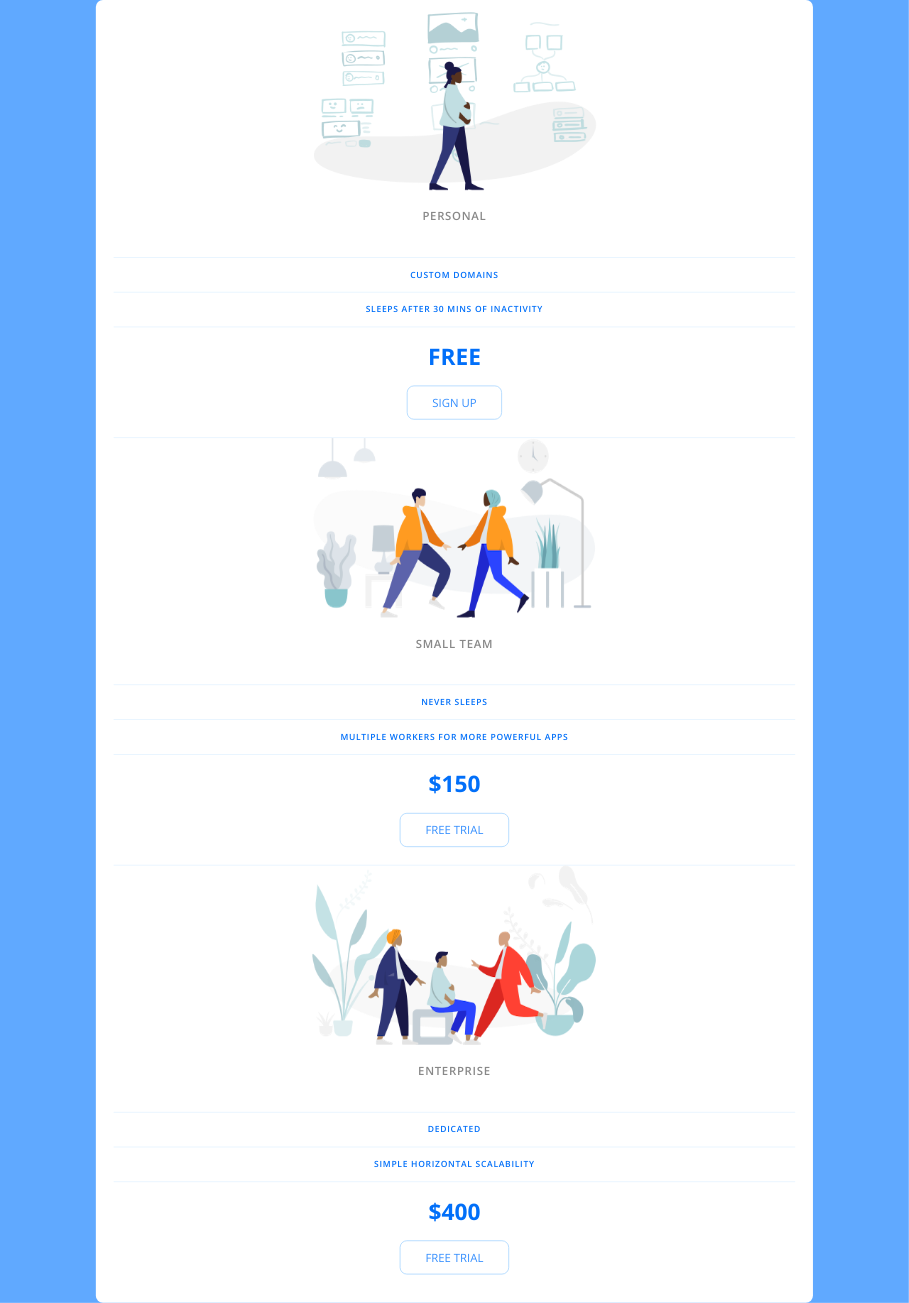
Repository: patrik-fredlund/pricing_panel_udemy
Page: PriceTableStarter/index.html
The author's editor kept a copy of each file at every save. The page is drawn from the files as they stood at one save, then again after the next save.
The browser window is 1280 px wide. The pictures show the whole page, at 71% of full size.
The pointer rests on the first visible `.pricing-button`.

Above is the page before, as saved 2021-06-27 13:53:21.

### PriceTableStarter/index.html
<!DOCTYPE html>
<html lang="en">

<head>
    <meta charset="UTF-8">
    <meta name="viewport" content="width=device-width, initial-scale=1.0">
    <title>Price Tiers</title>
    <link rel="stylesheet" href="https://fonts.googleapis.com/css?family=Open+Sans:400,600,700">
    <link rel="stylesheet" href="app.css">
</head>

<body>
    <div class="panel pricing-table">

        <div class="pricing-plan">
            <img src="icons/icon1.png" alt="" class="pricing-img">
            <h2 class="pricing-header">Personal</h2>
            <ul class="pricing-features">
                <li class="pricing-features-item">Custom domains</li>
                <li class="pricing-features-item">Sleeps after 30 mins of inactivity</li>
            </ul>
            <span class="pricing-price">Free</span>
            <a href="#/" class="pricing-button">Sign up</a>
        </div>

        <div class="pricing-plan">
            <img src="icons/icon2.png" alt="" class="pricing-img">
            <h2 class="pricing-header">Small team</h2>
            <ul class="pricing-features">
                <li class="pricing-features-item">Never sleeps</li>
                <li class="pricing-features-item">Multiple workers for more powerful apps</li>
            </ul>
            <span class="pricing-price">$150</span>
            <a href="#/" class="pricing-button is-featured">Free trial</a>
        </div>

        <div class="pricing-plan">
            <img src="icons/icon3.png" alt="" class="pricing-img">
            <h2 class="pricing-header">Enterprise</h2>
            <ul class="pricing-features">
                <li class="pricing-features-item">Dedicated</li>
                <li class="pricing-features-item">Simple horizontal scalability</li>
            </ul>
            <span class="pricing-price">$400</span>
            <a href="#/" class="pricing-button">Free trial</a>
        </div>

    </div>

</body>

</html>

### PriceTableStarter/app.css
/* http://meyerweb.com/eric/tools/css/reset/
   v2.0 | 20110126
   License: none (public domain)
*/

/* ---------------css reset------------------ */

html, body, div, span, applet, object, iframe,
h1, h2, h3, h4, h5, h6, p, blockquote, pre,
a, abbr, acronym, address, big, cite, code,
del, dfn, em, img, ins, kbd, q, s, samp,
small, strike, strong, sub, sup, tt, var,
b, u, i, center,
dl, dt, dd, ol, ul, li,
fieldset, form, label, legend,
table, caption, tbody, tfoot, thead, tr, th, td,
article, aside, canvas, details, embed,
figure, figcaption, footer, header, hgroup,
menu, nav, output, ruby, section, summary,
time, mark, audio, video {
	margin: 0;
	padding: 0;
	border: 0;
	font-size: 100%;
	font: inherit;
	vertical-align: baseline;
}
/* HTML5 display-role reset for older browsers */
article, aside, details, figcaption, figure,
footer, header, hgroup, menu, nav, section {
	display: block;
}
body {
	line-height: 1;
}
ol, ul {
	list-style: none;
}
blockquote, q {
	quotes: none;
}
blockquote:before, blockquote:after,
q:before, q:after {
	content: '';
	content: none;
}
table {
	border-collapse: collapse;
	border-spacing: 0;
}


/* ------------------------------------------- */

html {
    box-sizing: border-box;
    font-family: 'Open Sans', sans-serif;
}

body {
    background-color: #60a9ff;
    display: flex;
    justify-content: center;
    align-items: center;
    min-height: 100vh;
}

.panel {
    background-color: white;
    border-radius: 10px;
    padding: 15px 25px;
    width: 100%;
    max-width: 960px;
    display: flex;
    flex-direction: column;
    text-align: center;
    text-transform: uppercase;
}

.pricing-plan {
    border-bottom: 1px solid #e1f1ff;
}

.pricing-plan:last-child {
    border-bottom: none;
}

.pricing-img {
    margin-bottom: 25px;
    /* width: 100%; */
    max-width: 100%;
}

.pricing-header {
    color: #888;
    font-weight: 600;
    letter-spacing: 1px;
}

.pricing-features {
    margin: 50px 0 25px;
    color: #016ff9;
}

.pricing-features-item {
    font-weight: 600;
    letter-spacing: 1px;
    font-size: 12px;
    line-height: 1.5;
    padding: 15px 0;
    border-top: 1px solid #e1f1ff;;

}

.pricing-features-item:last-child {
    border-bottom: 1px solid #e1f1ff;;

}

.pricing-price {
    color: #016ff9;
    display: block;
    font-size: 32px;
    font-weight: 700;
}

.pricing-button {
    border: 1px solid #9dd1ff;
    border-radius: 10px;
    color: #348efe;
    display: inline-block;
    padding: 15px 35px;
    text-decoration: none ;
    margin: 25px 0;
}

.pricing-button:hover/* , pricing-button:focu */s {
background-color: #e1f1ff;
}

After the next save:
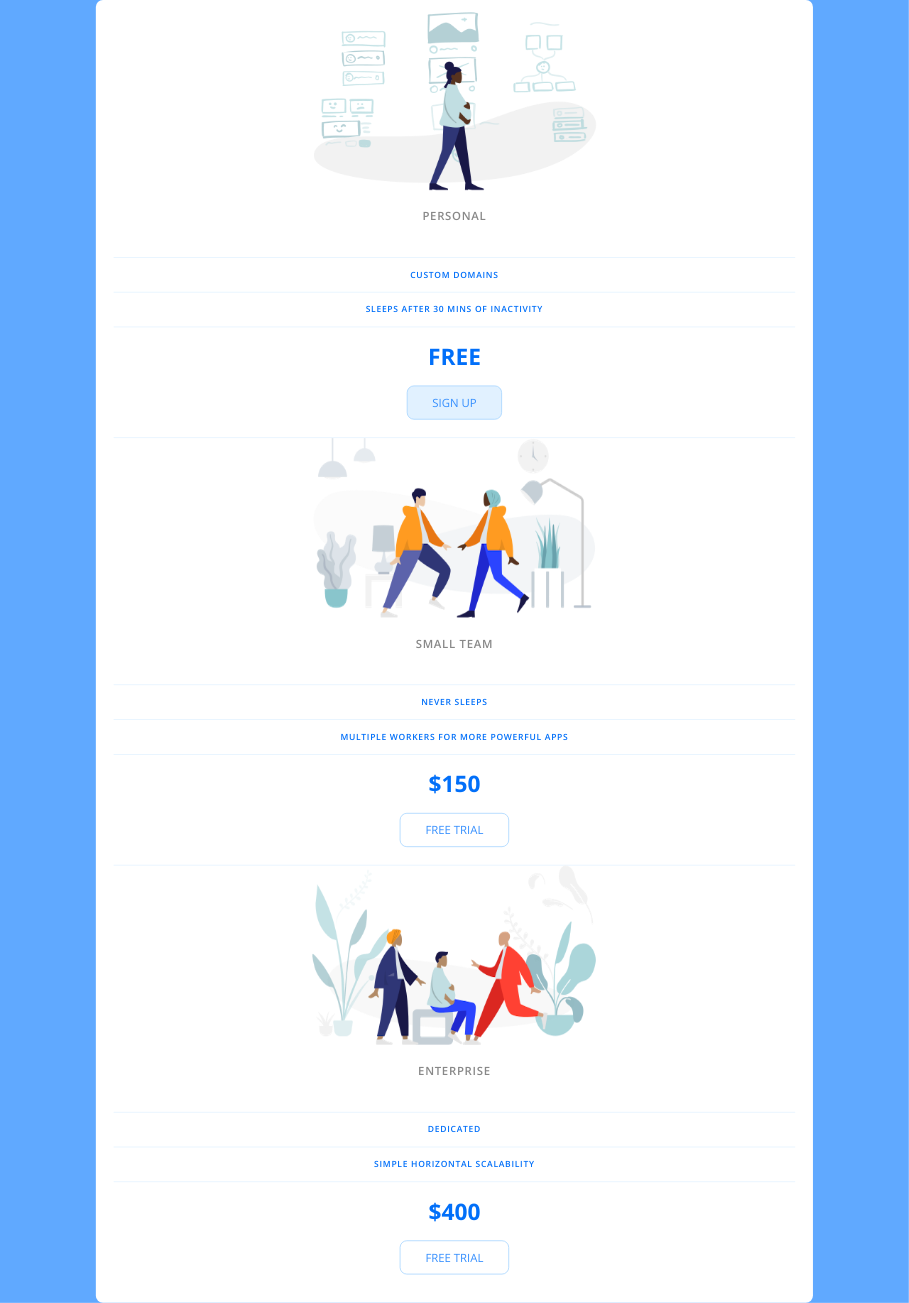
Saved 7 s later.
--- a/PriceTableStarter/app.css
+++ b/PriceTableStarter/app.css
@@ -134,6 +134,6 @@ body {
     margin: 25px 0;
 }
 
-.pricing-button:hover/* , pricing-button:focu */s {
+.pricing-button:hover, pricing-button:focus {
 background-color: #e1f1ff;
 }
